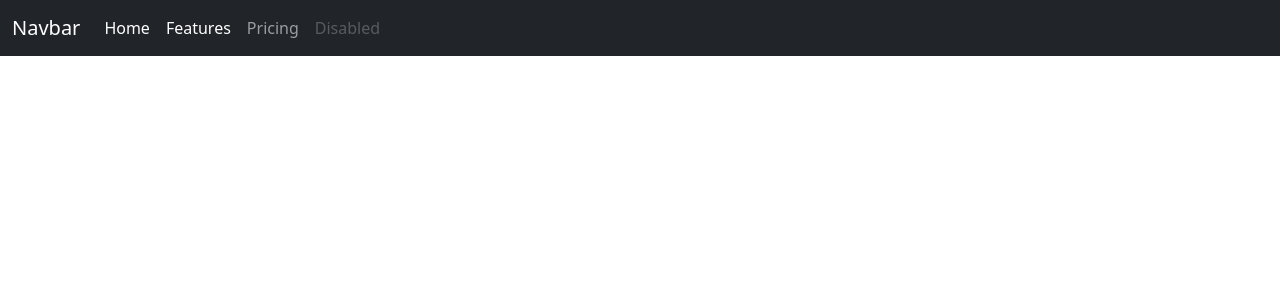
Repository: dhavalmaniyar/divakar
Page: http://localhost/
An editor plug-in stored every save of this project. The page is shown before and after the next save, followed by the edit.
The browser window is 1280 px wide. The pictures show the whole page.
The page is served by the project's application, run on Django 3.2 (divakar_app/manage.py).

Above is the page before, as saved 2021-12-08 10:37:30.

After the next save:
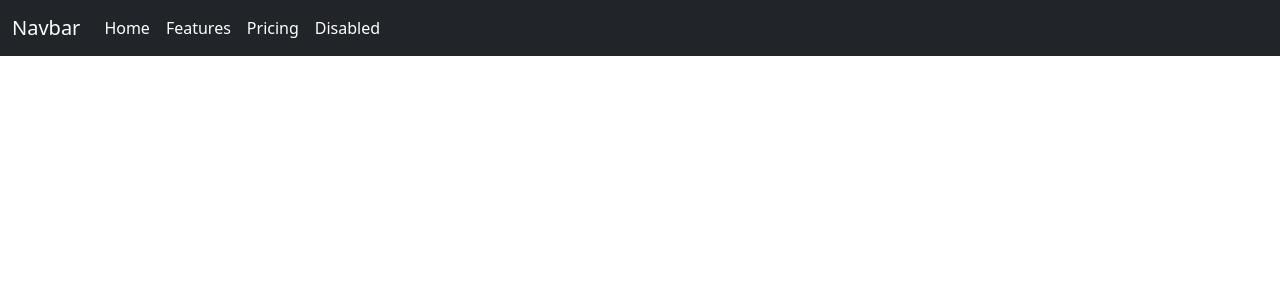
Saved 17 s later.
--- a/divakar_app/templates/base.html
+++ b/divakar_app/templates/base.html
@@ -19,8 +19,8 @@
             <div class="navbar-nav">
               <a class="nav-link active" aria-current="page" href="#">Home</a>
               <a class="nav-link active" href="#">Features</a>
-              <a class="nav-link" href="#">Pricing</a>
-              <a class="nav-link disabled">Disabled</a>
+              <a class="nav-link active" href="#">Pricing</a>
+              <a class="nav-link active">Disabled</a>
             </div>
           </div>
         </div>
